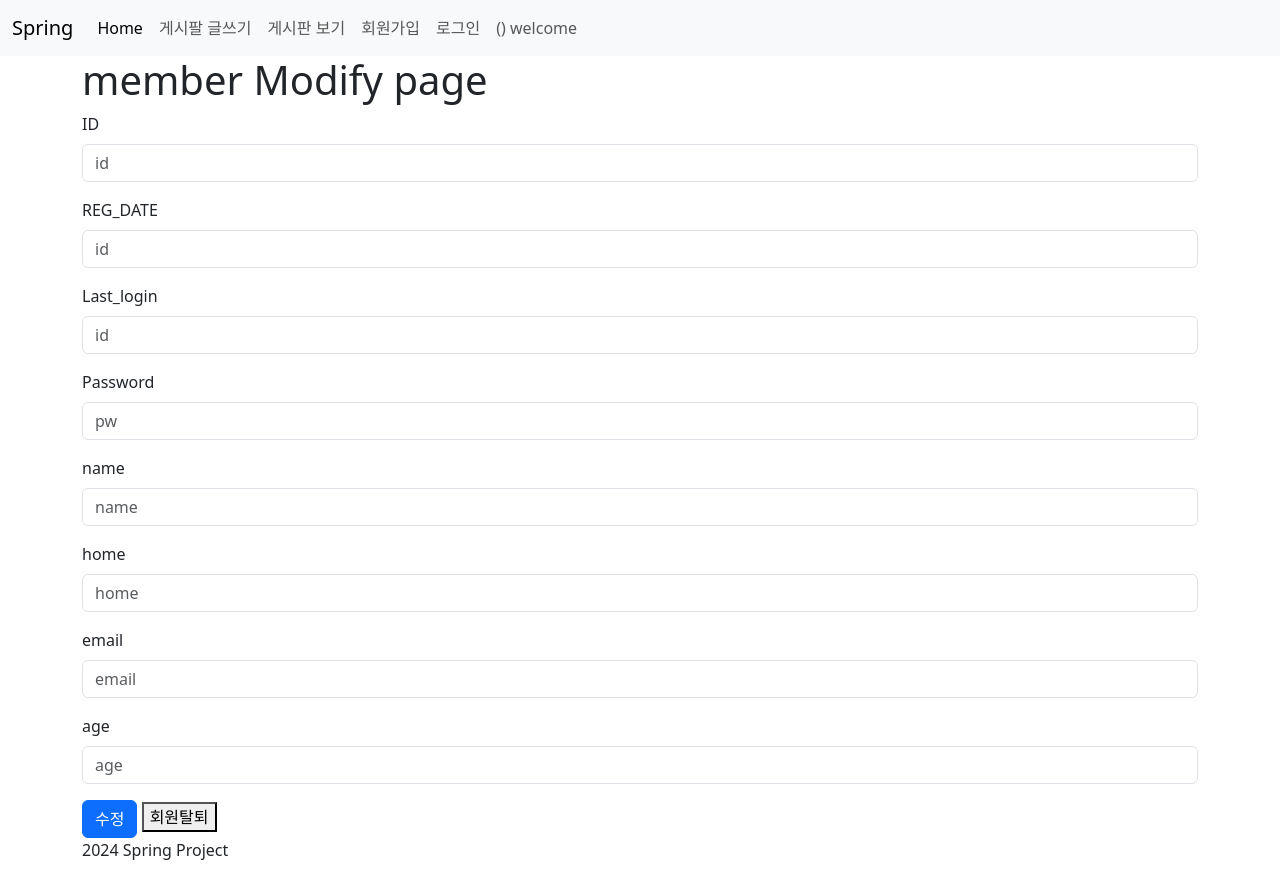
Repository: tkwkduddnd/SpringTest240430
Page: http://localhost/spring_study/WEB-INF/views/member/modify.jsp
These files come from the project's save history. The page is drawn as it stood at one moment and after the next save; the edit follows.
The browser window is 1280 px wide. The pictures show the whole page.
The page is served by Tomcat 9. Nobody is signed in. The template is opened directly, without the code that normally fills it, so the values that code supplies are empty.

Above is the page before, as saved 2024-04-25 09:09:34.

After the next save:
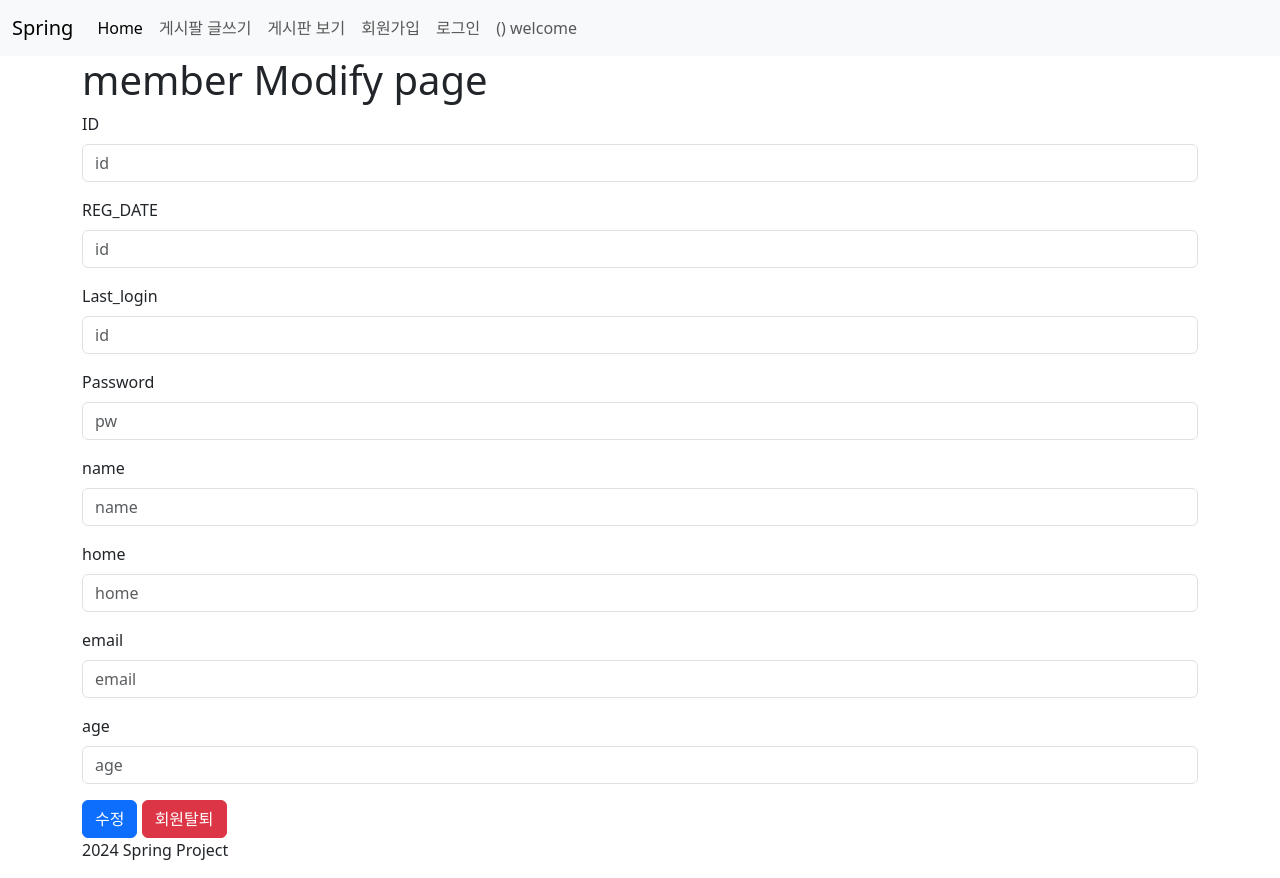
Saved 67 s later.
--- a/spring_study/src/main/webapp/WEB-INF/views/member/modify.jsp
+++ b/spring_study/src/main/webapp/WEB-INF/views/member/modify.jsp
@@ -47,7 +47,7 @@
 
 
 			<button type="submit" class="btn btn-primary">수정</button>
-			<a href=""><button type="button">회원탈퇴</button></a>
+			<a href="/member/remove"><button type="button" class="btn btn-danger">회원탈퇴</button></a>
 </form>
 
 
